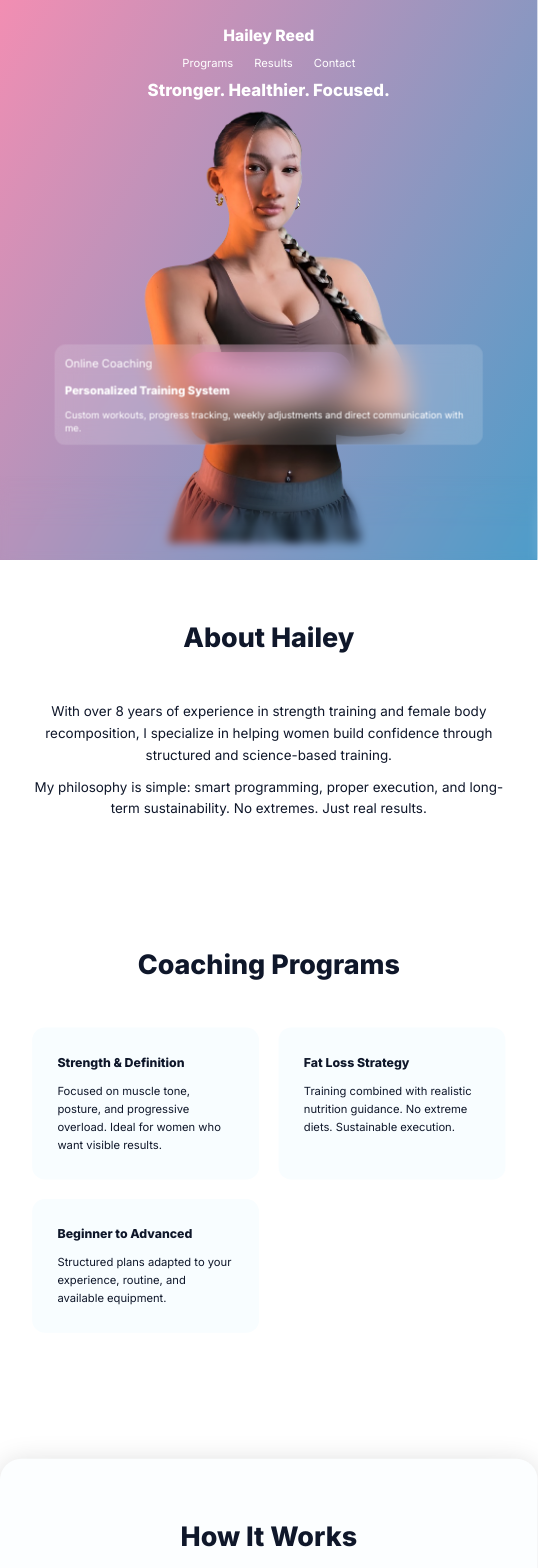
Repository: davidfsillva/Hailey-Reed-Coaching
Page: index.html
These files come from the project's save history. The page is drawn as it stood at one moment and after the next save; the edit follows.
The browser window is 768 px wide. The pictures show the part of the page from y = 0 to 2240 px (the page is 5196 px tall), at 70% of full size.

Above is the page before, as saved 2026-02-12 11:58:03.

After the next save:
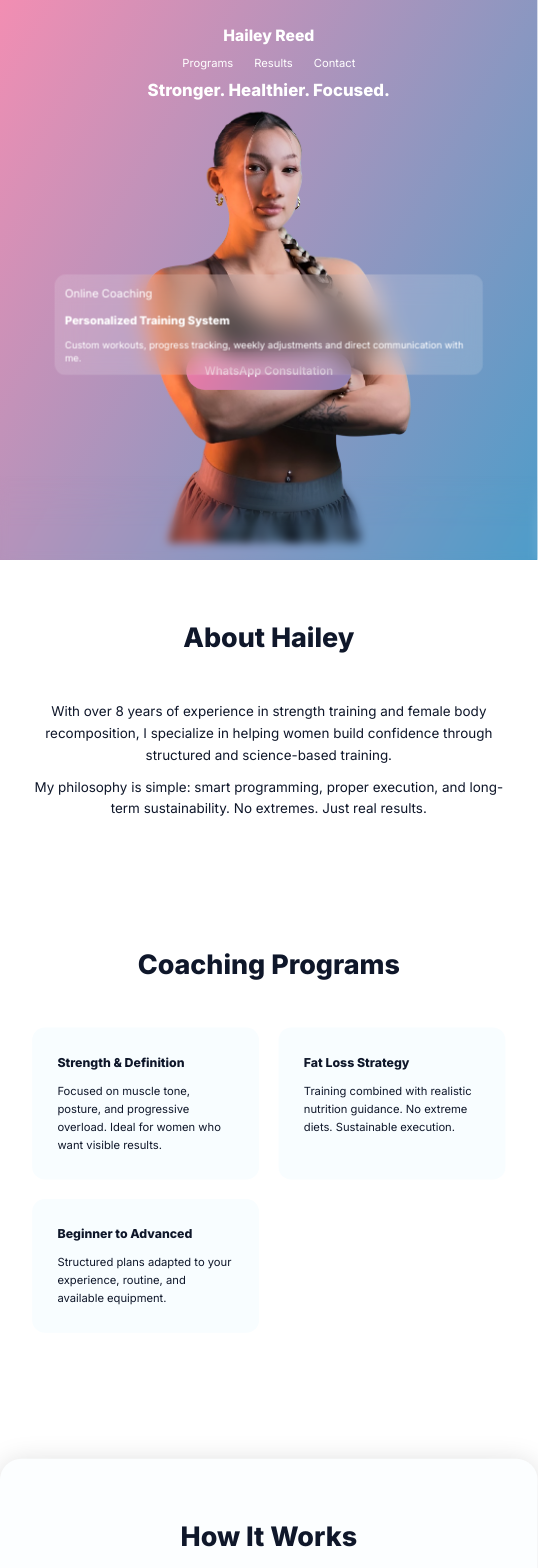
Saved 4 s later.
--- a/style.css
+++ b/style.css
@@ -352,7 +352,7 @@
   .hero-card {
     width: 95%;
     max-width: 660px;
-    margin: 275px auto 0;
+    margin: 175px auto 0;
     padding: 15px;
     border-radius: 16px;
   }

After the save that followed:
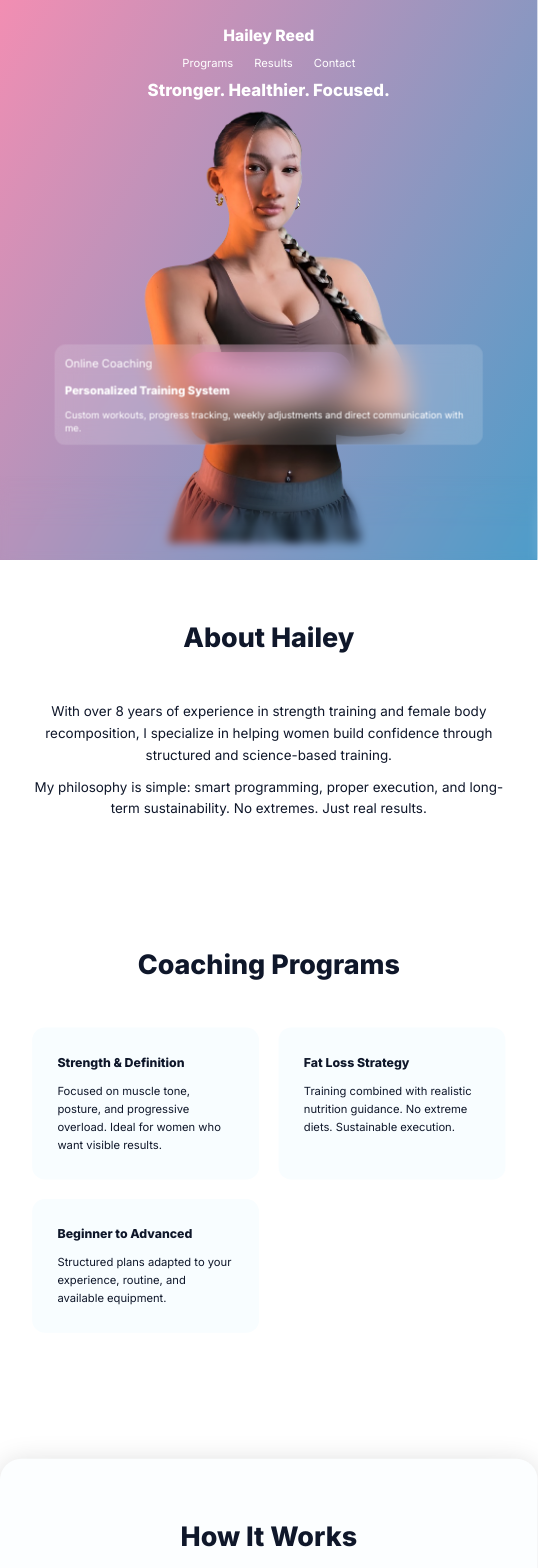
Saved 88 s later.
--- a/style.css
+++ b/style.css
@@ -352,7 +352,7 @@
   .hero-card {
     width: 95%;
     max-width: 660px;
-    margin: 175px auto 0;
+    margin: 275px auto 0;
     padding: 15px;
     border-radius: 16px;
   }
